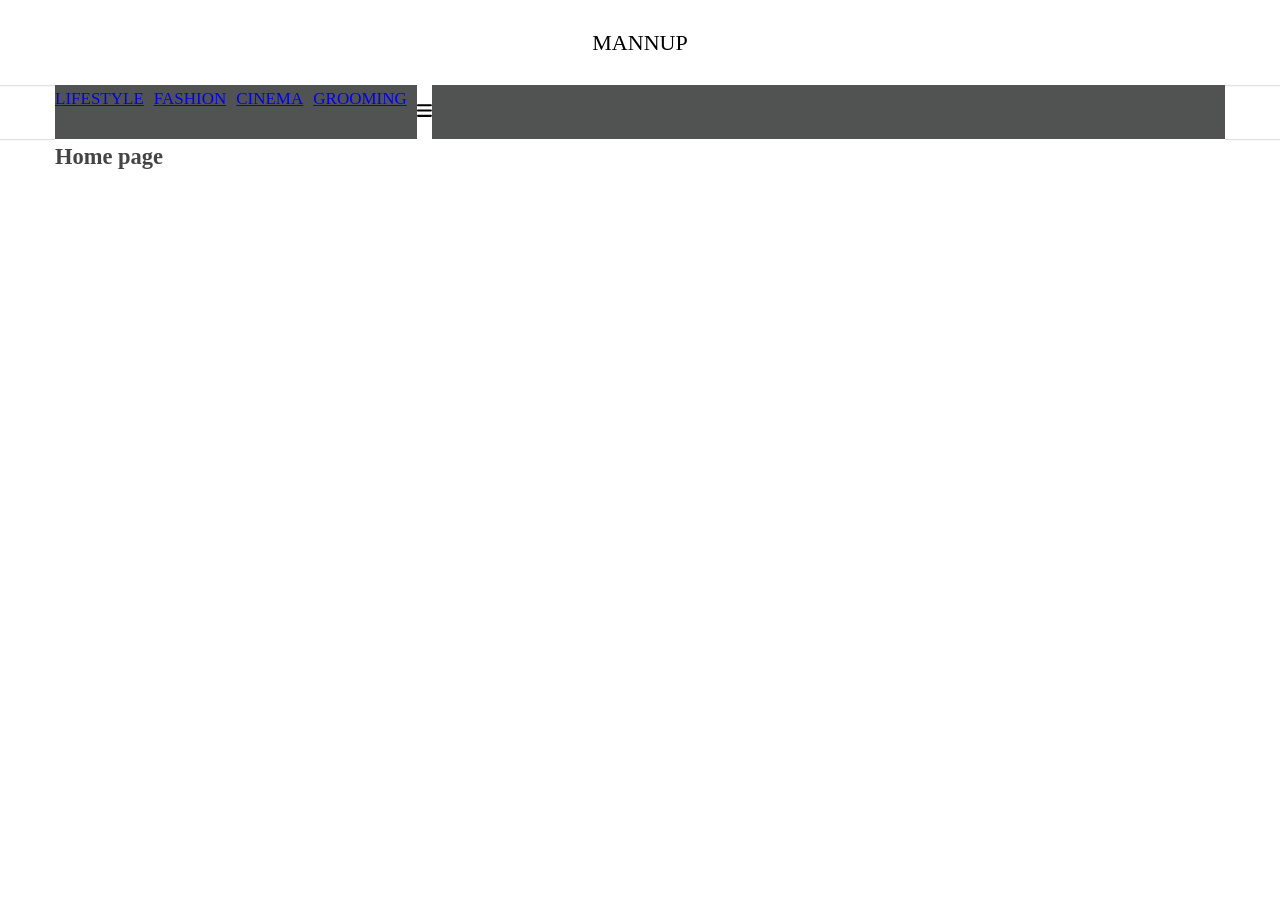
Repository: SyLe-Van/Make-Colorful
Page: /
These files come from the project's save history. The page is drawn as it stood at one moment and after the next save; the edit follows.
The browser window is 1280 px wide. The pictures show the whole page.
Some web fonts or font styles are not loaded; a fallback is used. The project was rebuilt for these pictures with package versions that can differ from the ones it lists, and the page was loaded fresh each time. Also part of the build but not shown: src/pages/cinema/index.js, src/pages/fashion/index.js, src/pages/grooming/index.js, src/pages/lifestyle/index.js, src/pages/contact/index.js.

Above is the page before, as saved 2023-10-10 23:04:40.

### src/index.js
import React from 'react';
import ReactDOM from 'react-dom/client';
import App from '~/App';
import reportWebVitals from './reportWebVitals';
import GlobalStyles from '~/components/GlobalStyles';
const root = ReactDOM.createRoot(document.getElementById('root'));
root.render(
    <React.StrictMode>
        <GlobalStyles>
            <App />
        </GlobalStyles>
    </React.StrictMode>,
);

// If you want to start measuring performance in your app, pass a function
// to log results (for example: reportWebVitals(console.log))
// or send to an analytics endpoint. Learn more: https://bit.ly/CRA-vitals
reportWebVitals();

### src/App.js
import { BrowserRouter as Router, Routes, Route } from 'react-router-dom';
import Home from '~/pages/home';
import Cinema from '~/pages/cinema';
import Fashion from '~/pages/fashion';
import Grooming from '~/pages/grooming';
import LifeStyle from '~/pages/lifestyle';
import { publicRoutes } from './routes';
import { Component } from 'react';
import { DefaultLayout } from '~/components/Layout';
import { Fragment } from 'react';
function App() {
    return (
        <Router>
            <div className="App">
                <Routes>
                    {publicRoutes.map((route, index) => {
                        const Layout = route.layout === null ? Fragment : DefaultLayout;
                        const Page = route.component;
                        return (
                            <Route
                                key={index}
                                path={route.path}
                                element={
                                    <Layout>
                                        <Page />
                                    </Layout>
                                }
                            />
                        );
                    })}
                </Routes>
            </div>
        </Router>
    );
}

export default App;

### src/routes/index.js
import Home from '~/pages/home';
import Cinema from '~/pages/cinema';
import Fashion from '~/pages/fashion';
import Grooming from '~/pages/grooming';
import LifeStyle from '~/pages/lifestyle';
import Contact from '~/pages/contact';
// dont need login to view
const publicRoutes = [
    { path: '/', component: Home },
    { path: '/cinema', component: Cinema },
    { path: '/fashion', component: Fashion },
    { path: '/grooming', component: Grooming },
    { path: '/lifestyle', component: LifeStyle },
    { path: '/contact', component: Contact, layout: null },
];

const privateRoutes = [];

export { publicRoutes, privateRoutes };

### src/components/GlobalStyles/GlobalStyles.scss
@import 'normalize.css';
@import url('https:; //fonts.googleapis.com/css2?family=Lato:ital,wght@0,400;0,700;1,400;1,700&family=Montserrat:ital,wght@0,400;0,700;1,400;1,700&family=Playfair+Display&family=Poppins:wght@300;400;600;700&display=swap');

:root {
    --primary: #f6f6f6;
}

* {
    box-sizing: border-box;
    margin: 0;
    padding: 0;
}
html {
    font-size: 40px;
}
body {
    font-family: 'Playfair Display', serif;
    line-height: 1.6;
    color: #444;
    font-size: 15px;
    text-rendering: optimizeSpeed;
}

### src/components/Layout/DefaultLayout/index.js
import Header from './Header';
import classNames from 'classnames/bind';
import styles from './DefaultLayout.module.scss';
import Sidebar from './Sidebar';

const cx = classNames.bind(styles);
function DefaultLayout({ children }) {
    return (
        <div className={cx('wrapper')}>
            <Header />
            <Sidebar />

            <div className={cx('container')}>
                <div className={cx('contain')}>{children}</div>
            </div>
        </div>
    );
}

export default DefaultLayout;

### src/components/Layout/DefaultLayout/Header/index.js
import styles from './Header.module.scss';
import classNames from 'classnames/bind';
import { FontAwesomeIcon } from '@fortawesome/react-fontawesome';
const cx = classNames.bind(styles);

function Header() {
    return (
        <header className={cx('wrapper')}>
            <div className={cx('inner')}>MANNUP</div>
        </header>
    );
}

export default Header;

### src/components/Layout/DefaultLayout/DefaultLayout.module.scss
.wrapper {
    display: flex;
    flex-direction: column;
    align-items: center;
}
.container {
    width: 1170px;
    height: 760px;
    background-color: #ffffff;
}

### src/components/Layout/DefaultLayout/Sidebar/index.js
import styles from './Sidebar.module.scss';
import classNames from 'classnames/bind';
import { FontAwesomeIcon } from '@fortawesome/react-fontawesome';
import { faBars, faShapes } from '@fortawesome/free-solid-svg-icons';

const cx = classNames.bind(styles);

function Sidebar() {
    return (
        <aside className={cx('wrapper')}>
            <div className={cx('content')}>
                <ul className={cx('menu')}>
                    <li>
                        <a href="http://localhost:2002/lifestyle">LIFESTYLE</a>
                    </li>
                    <li>
                        <a href="http://localhost:2002/fashion">FASHION</a>
                    </li>
                    <li>
                        <a href="http://localhost:2002/cinema">CINEMA</a>
                    </li>
                    <li>
                        <a href="http://localhost:2002/grooming">GROOMING</a>
                    </li>
                    <button className={cx('bars')}>
                        <FontAwesomeIcon icon={faBars} />
                    </button>
                </ul>
            </div>
        </aside>
    );
}

export default Sidebar;

### src/components/Layout/DefaultLayout/Header/Header.module.scss
.wrapper {
    height: 85px;
    width: 100%;
    box-shadow: 0px 1px 1px rgb(0 0 0 / 12%);
}
.inner {
    color: #000000;
    font-size: 22px;
    display: flex;
    justify-content: center;
    padding-top: 25px;
}

### src/components/Layout/DefaultLayout/Sidebar/Sidebar.module.scss
.wrapper {
    height: 54px;
    width: 100%;
    box-shadow: 0px 1px 1px rgb(0 0 0 / 12%);
    display: flex;
    justify-content: center;
}

.content {
    width: 1170px;
    display: flex;
    font-size: 17px;
    background-color: rgb(81, 83, 83);
}

ul {
    list-style-type: none;
    display: flex;
    justify-content: space-between;
}

li {
    width: 25%;
    margin-right: 10px;
}

.bars {
    background: #ffffff;
    border-width: 0;
}

Loaded but not shown: public/index.html (common file); src/reportWebVitals.js (common file); src/components/GlobalStyles/index.js (common file); src/pages/home/index.js (common file); src/components/Layout/index.js (common file)

After the next save:
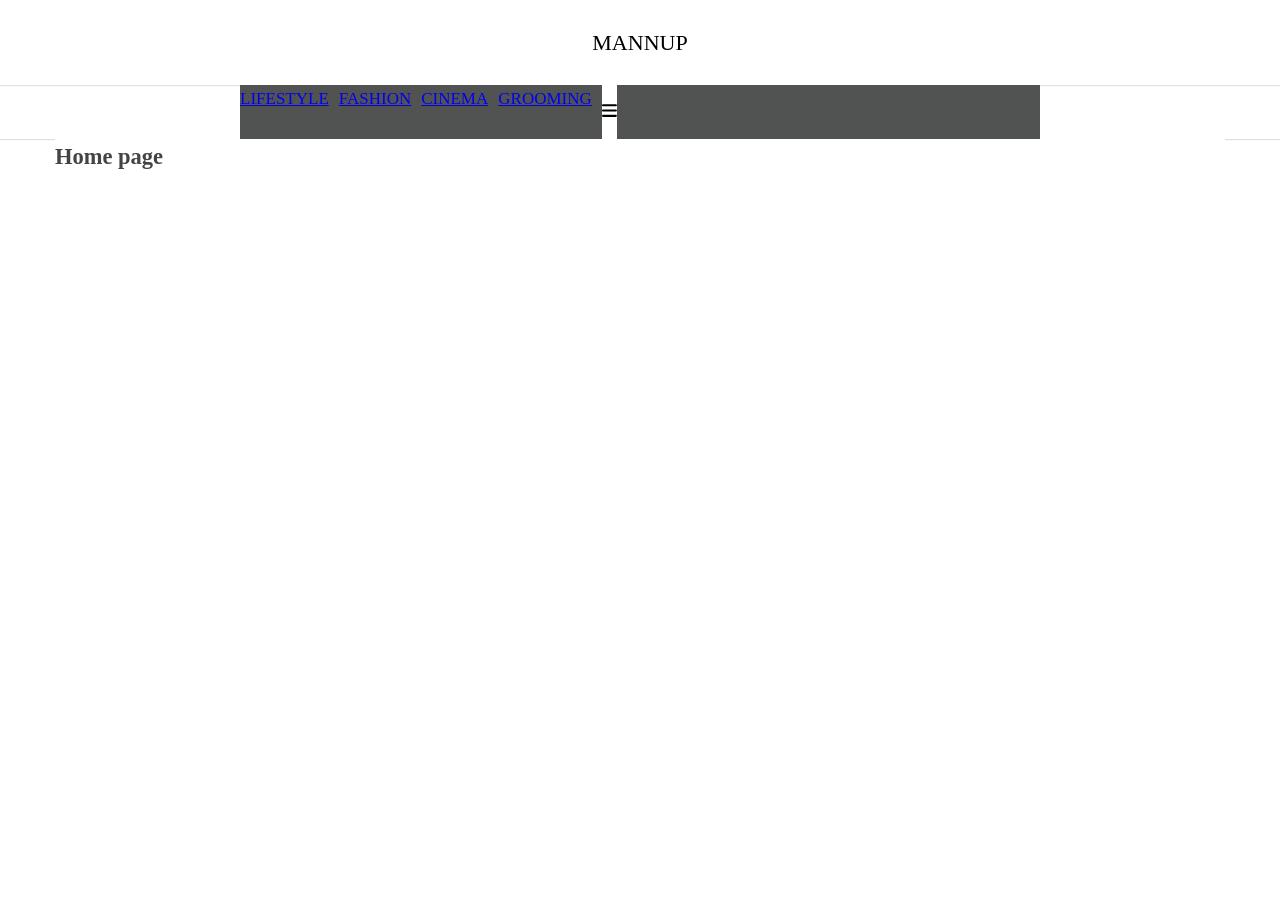
Saved 50 s later.
--- a/src/components/Layout/DefaultLayout/Sidebar/Sidebar.module.scss
+++ b/src/components/Layout/DefaultLayout/Sidebar/Sidebar.module.scss
@@ -7,7 +7,7 @@
 }
 
 .content {
-    width: 1170px;
+    width: 800px;
     display: flex;
     font-size: 17px;
     background-color: rgb(81, 83, 83);
